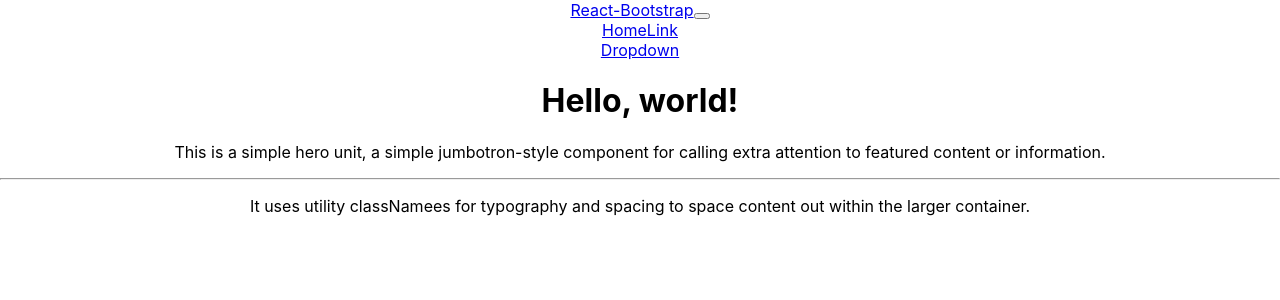
Repository: eunsuneun/react-shop
Page: /
These files come from the project's save history. The page is drawn as it stood at one moment and after a run of saves; the edit follows.
The browser window is 1280 px wide. The pictures show the whole page.
The project was rebuilt for these pictures with package versions that can differ from the ones it lists, and the page was loaded fresh each time.

Above is the page before, as saved 2021-08-25 19:56:31.

After the next 2 saves:
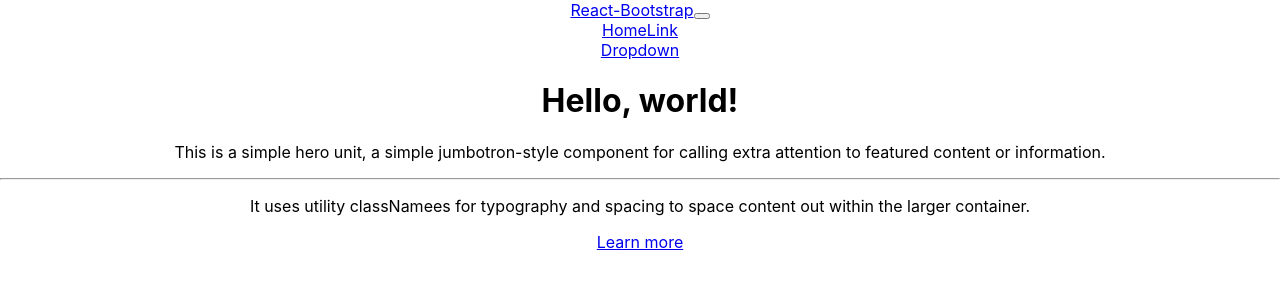
The 2 saves are shown as one change because they came seconds apart.
The last was saved 25 s later.
--- a/src/App.js
+++ b/src/App.js
@@ -42,6 +42,9 @@ function App() {
           It uses utility classNamees for typography and spacing to space
           content out within the larger container.
         </p>
+        <a className='btn btn-primary btn-lg' href='#' role='button'>
+          Learn more
+        </a>
       </div>
     </div>
   );
